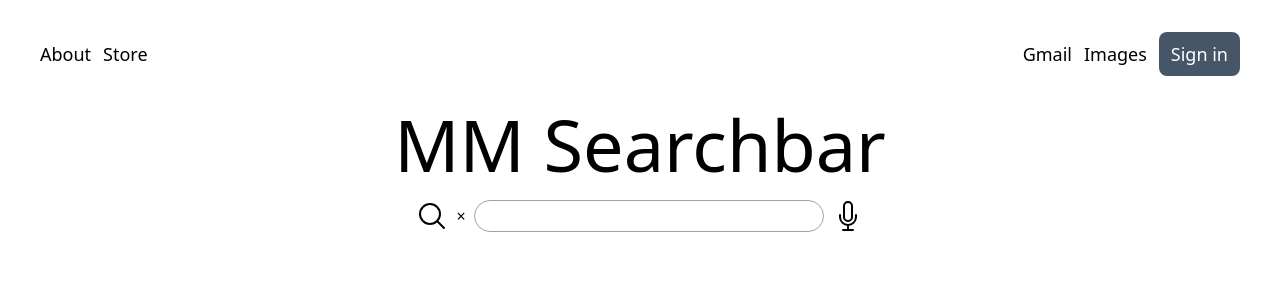
Repository: michalmilek/minigoogle
Page: /
These files come from the project's save history. The page is drawn as it stood at one moment and after the next save; the edit follows.
The browser window is 1280 px wide. The pictures show the whole page.
The page's requests for data from a server got no answer. The project was rebuilt for these pictures with package versions that can differ from the ones it lists, and the page was loaded fresh each time. The framework's server and built-in components were replaced by stand-ins that run in the browser. No one was signed in, and anything a server would have sent is missing. Also part of the build but not shown: next.config.js.

Above is the page before, as saved 2023-02-13 13:25:50.

### pages/_app.tsx
import '@/styles/globals.css'
import type { AppProps } from 'next/app'
import { SessionProvider } from "next-auth/react";

export default function App({ Component, pageProps }: AppProps) {
  return (
    <SessionProvider
      // Provider options are not required but can be useful in situations where
      // you have a short session maxAge time. Shown here with default values.
      session={pageProps.session}>
      <Component {...pageProps} />
    </SessionProvider>
  );
}

### pages/index.tsx
import Header from "@/components/Header";
import Head from "next/head";
import Image from "next/image";
import {
  MagnifyingGlassIcon,
  MicrophoneIcon,
} from "@heroicons/react/24/outline";

export default function Home() {
  return (
    <div>
      <Head>
        <title>Create Next App</title>
        <meta
          name="description"
          content="Generated by create next app"
        />
        <meta
          name="viewport"
          content="width=device-width, initial-scale=1"
        />
        <link
          rel="icon"
          href="/favicon.ico"
        />
      </Head>
      <Header />

      <form className="flex flex-col items-center justify-center gap-5">
        <h1 className="text-7xl">MM Searchbar</h1>
        <div className="flex relative gap-2">
          <MagnifyingGlassIcon className="h-8" />
          <button>&times;</button>
          <input
            type="text"
            className="border w-[350px] px-4 border-gray-400 rounded-full"
          />
          <MicrophoneIcon className="h-8" />
        </div>
      </form>
    </div>
  );
}

### components/Header.tsx
import Link from "next/link";
import React from "react";
import User from "./User";

const Header = () => {
  return (
    <header className="min-w-[100vw] flex justify-between items-center px-10 py-8 text-lg">
      <ul className="flex gap-3">
        <Link href={"/"}>
          <li>About</li>
        </Link>
        <Link href={"/"}>
          <li>Store</li>
        </Link>
      </ul>

      <ul className="flex items-center gap-3">
        <Link href={"/"}>
          <li>Gmail</li>
        </Link>
        <Link href={"/"}>
          <li>Images</li>
        </Link>
        <li>
          <User />
        </li>
      </ul>
    </header>
  );
};

export default Header;

### components/User.tsx
import React from "react";
import { useSession, signIn, signOut } from "next-auth/react";

const User = () => {
  const { data: session } = useSession();
  console.log(session);
  return (
    <>
      {session ? (
        <img
          onClick={() => signOut()}
          src={session.user?.image!}
          alt={session.user?.name!}
          className="h-[50px] w-[50px] object-cover rounded-full"
        />
      ) : (
        <button
          className="bg-slate-600 text-white px-3 py-2 rounded-lg"
          onClick={() => signIn()}>
          Sign in
        </button>
      )}
    </>
  );
};

export default User;

Loaded but not shown: pages/_document.tsx (common file); styles/globals.css (common file); tailwind.config.js (common file)

After the next save:
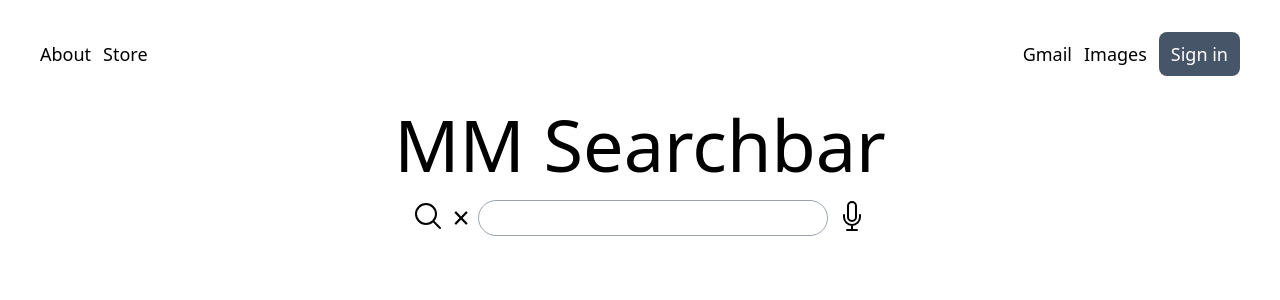
Saved 8 s later.
--- a/pages/index.tsx
+++ b/pages/index.tsx
@@ -30,7 +30,7 @@
         <h1 className="text-7xl">MM Searchbar</h1>
         <div className="flex relative gap-2">
           <MagnifyingGlassIcon className="h-8" />
-          <button>&times;</button>
+          <button className="text-3xl">&times;</button>
           <input
             type="text"
             className="border w-[350px] px-4 border-gray-400 rounded-full"
